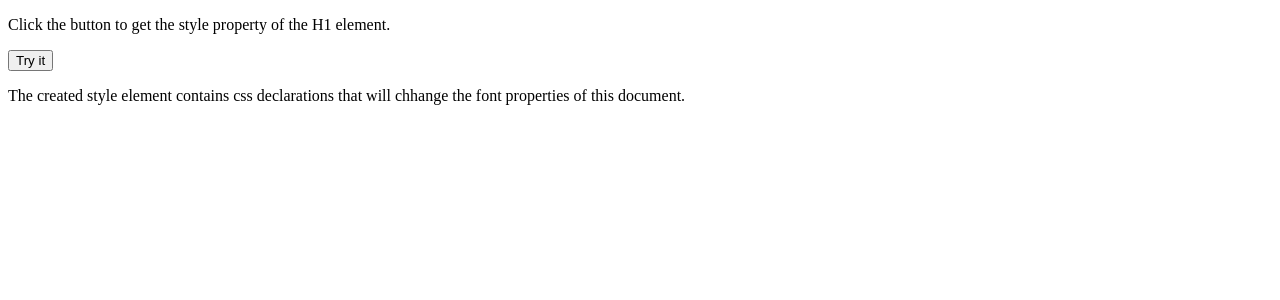
Repository: neem693/workspace
Page: studyhtml5/WebContent/ch05/practice_dom/practice_39.html
An editor plug-in stored every save of this project. The page is shown before and after the next save, followed by the edit.
The browser window is 1280 px wide. The pictures show the whole page.
After loading, the first visible `button` was clicked once.

Above is the page before, as saved 2018-03-15 10:10:12.

### studyhtml5/WebContent/ch05/practice_dom/practice_39.html
<!DOCTYPE html>
<html>
<head>
<meta charset="UTF-8">
<meta name="viewport"
	content="width=device-width,initial-scale = 1.0" />
<title>Insert title here</title>



</head>
<body>

	<p>Click the button to get the style property of the H1
		element.</p>

	<button onclick="myFunction()">Try it</button>

	<p>The created style element contains css declarations
		that will chhange the font properties of this document.</p>

	<script>
        function myFunction() {
            var x = document.createElement("STYLE");
            var t = document.createTextNode("body {font:20px verdana;}");
            x.appendChild(t);
        }
    </script>


</body>
</html>

After the next save:
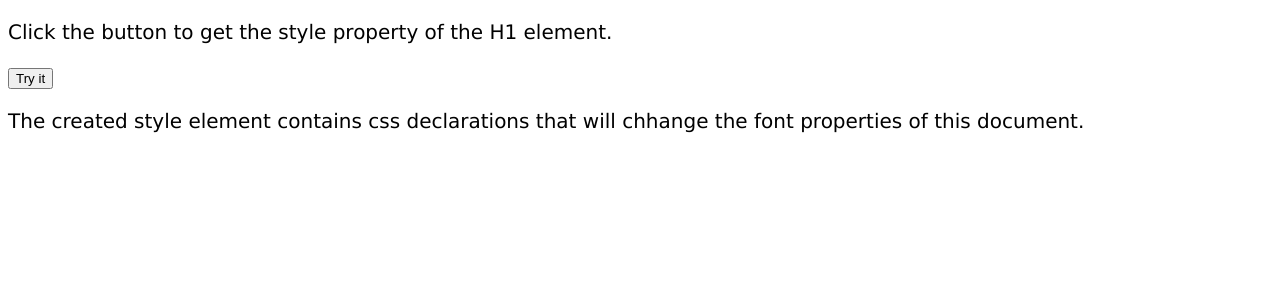
Saved 9 s later.
--- a/studyhtml5/WebContent/ch05/practice_dom/practice_39.html
+++ b/studyhtml5/WebContent/ch05/practice_dom/practice_39.html
@@ -24,6 +24,7 @@
             var x = document.createElement("STYLE");
             var t = document.createTextNode("body {font:20px verdana;}");
             x.appendChild(t);
+            document.head.appendChild(x);
         }
     </script>
 
